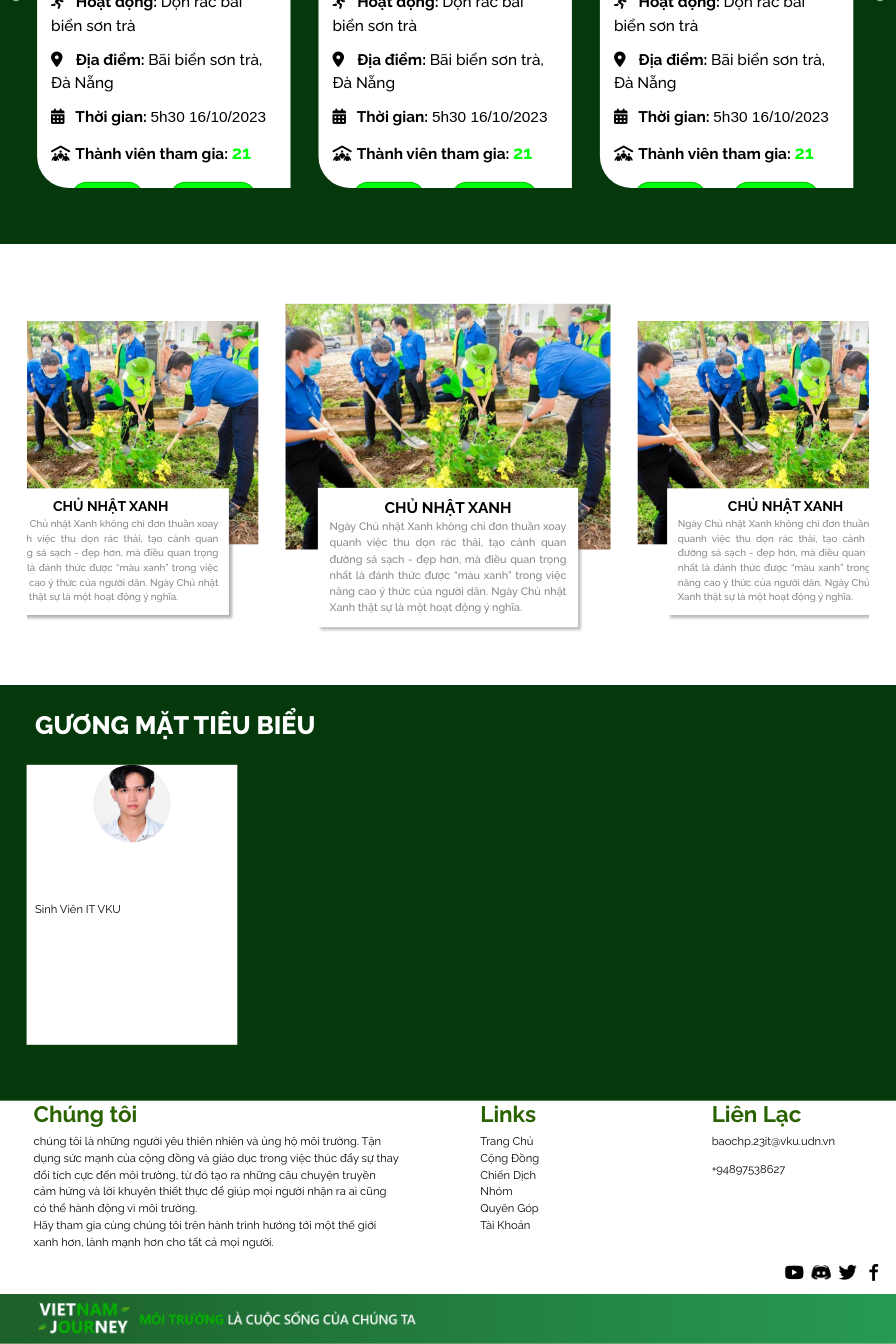
Repository: Boima12/Boima12.github.io_VietnamJourney
Page: HTML/ChienDich/ChienDich.html
The author's editor kept a copy of each file at every save. The page is drawn from the files as they stood at one save, then again after the next save.
The browser window is 1280 px wide. The pictures show the part of the page from y = 2741 to 4661 px (the page is 4661 px tall), at 70% of full size.

Above is the page before, as saved 2024-05-25 13:10:46.

After the next save:
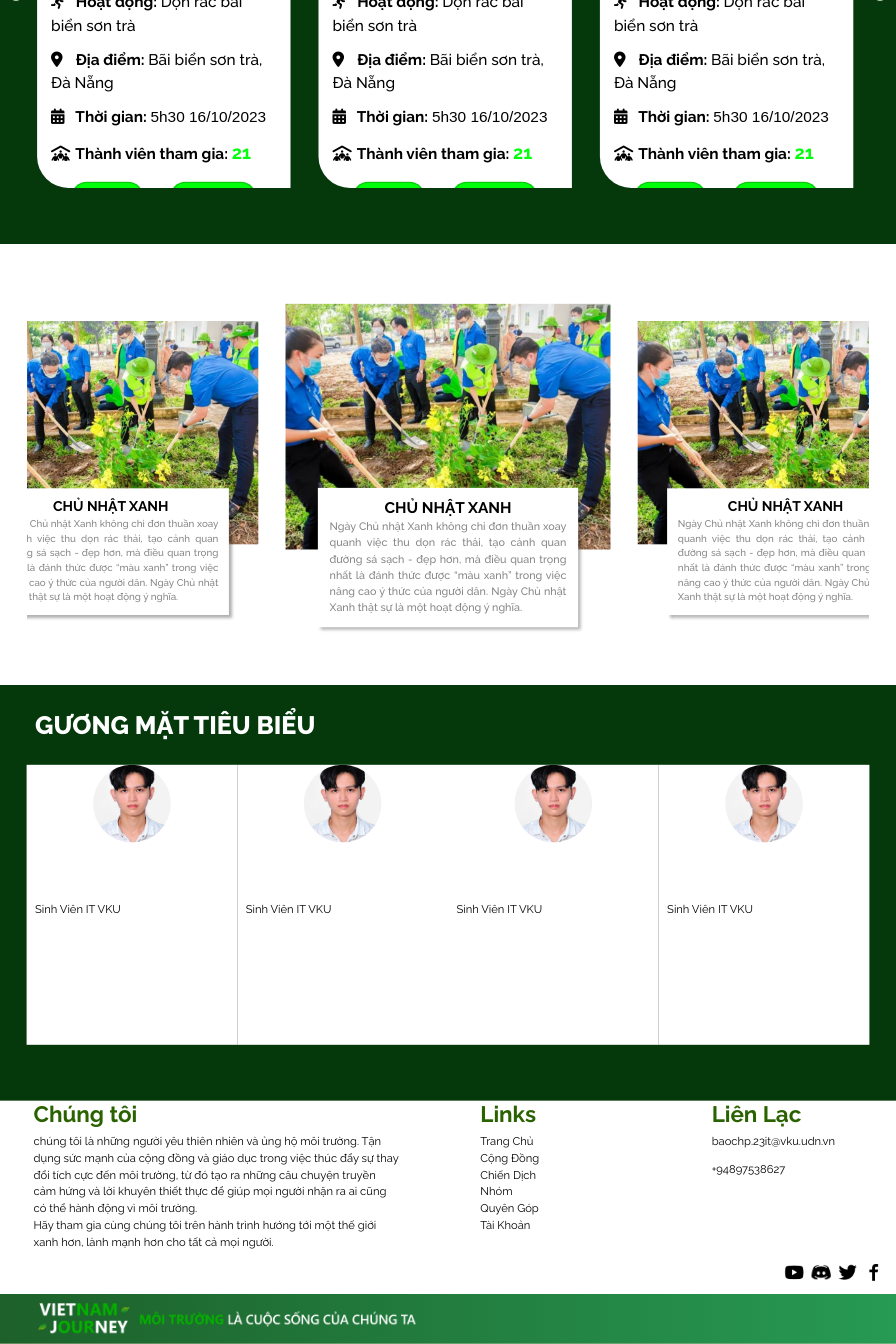
Saved 10 s later.
--- a/HTML/ChienDich/ChienDich.html
+++ b/HTML/ChienDich/ChienDich.html
@@ -422,6 +422,24 @@
                     <div class="title">Dương Đính</div>
                     <div class="desc">Sinh Viên IT VKU</div>
                 </div>
+
+                <div class="item col-xl-3  col-lg-3 col-md-6 col-sm-6 col-12">
+                    <img src="./images/ảnh thẻ.jpg" alt="">
+                    <div class="title">Dương Đính</div>
+                    <div class="desc">Sinh Viên IT VKU</div>
+                </div>
+
+                <div class="item col-xl-3  col-lg-3 col-md-6 col-sm-6 col-12">
+                    <img src="./images/ảnh thẻ.jpg" alt="">
+                    <div class="title">Dương Đính</div>
+                    <div class="desc">Sinh Viên IT VKU</div>
+                </div>
+
+                <div class="item col-xl-3  col-lg-3 col-md-6 col-sm-6 col-12">
+                    <img src="./images/ảnh thẻ.jpg" alt="">
+                    <div class="title">Dương Đính</div>
+                    <div class="desc">Sinh Viên IT VKU</div>
+                </div>
             </div>
         </div>
     </div>
